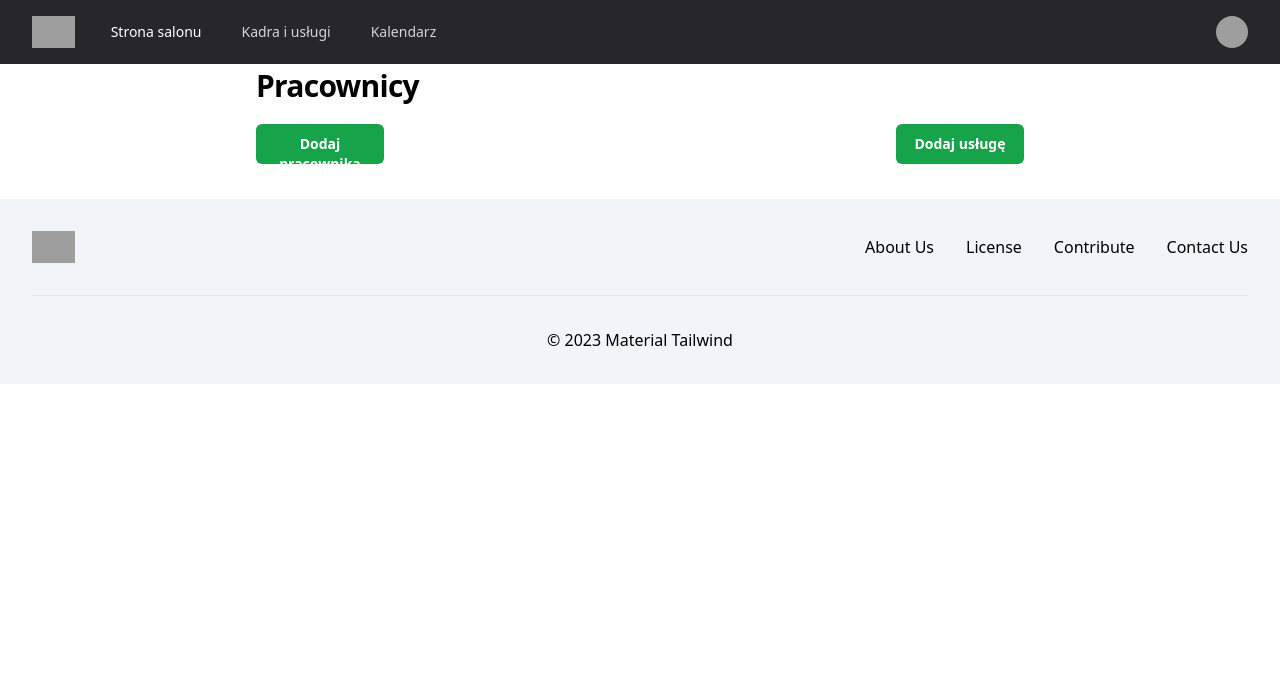
Repository: PrzemyslawJura/my-app
Page: /stronasalonu (app in frontend/)
An editor plug-in stored every save of this project. The page is shown before and after the next save, followed by the edit.
The browser window is 1280 px wide. The pictures show the whole page.
Pictures or frames that could not be fetched are drawn as grey boxes. The page's requests for data from a server got no answer. The project was rebuilt for these pictures with package versions that can differ from the ones it lists, and the page was loaded fresh each time. No one was signed in, and anything a server would have sent is missing. Also part of the build but not shown: frontend/src/components/Location.jsx, frontend/src/home/Feature.jsx, frontend/src/shared_np_buttony_inputy_kalendarze_itp/PaginationTile.jsx, frontend/src/home/Pagination.jsx, frontend/src/home/Listbox.jsx, frontend/src/home/ListboxTime.jsx, frontend/src/home/StepOne.jsx, frontend/src/home/StepTwo.jsx and 22 more.

Above is the page before, as saved 2023-11-27 13:18:02.

### frontend/src/index.js
import React from 'react';
import ReactDOM from 'react-dom/client';
import './index.css';
import App from './core/App';
import reportWebVitals from './reportWebVitals';
import { BrowserRouter } from 'react-router-dom';

const root = ReactDOM.createRoot(document.getElementById('root'));
root.render(
  <React.StrictMode>
    <BrowserRouter>
      <App />
    </BrowserRouter>
  </React.StrictMode>
);

// If you want to start measuring performance in your app, pass a function
// to log results (for example: reportWebVitals(console.log))
// or send to an analytics endpoint. Learn more: https://bit.ly/CRA-vitals
reportWebVitals();

### frontend/src/index.css
@tailwind base;
html {
  scroll-behavior: smooth;
}

@tailwind components;
@tailwind utilities;

### frontend/src/core/App.jsx
import BrowserRoutes from "./BrowserRoutes"
import FooterWithLogo from "./Footer"

export default function App() {

  return (
    <>
      <BrowserRoutes/>
      <FooterWithLogo/>
    </>
  )
}

### frontend/src/core/BrowserRoutes.jsx
import Home from "../home/Home"
import CalendarOfWork from "../biznes/CalendarOfWork"
import SalonPage from "../biznes/SalonPage"
import Workers from "../biznes/Workers"
import PageNotFound from "../pages/PageNotFound"
import { Route, Routes } from "react-router-dom"

export default function BrowserRoutes() {
  return (
      <Routes>
        <Route path="/" element={<Home/>}/>
        <Route path="/stronasalonu" element={<SalonPage/>}/>
        <Route path="/pracownicy" element={<Workers/>}/>
        <Route path="/kalendarz" element={<CalendarOfWork/>}/>
        <Route path="/niematakiejstrony" element={<PageNotFound/>}/>
      </Routes>
  )
}

### frontend/src/core/Footer.jsx
import { Typography } from "@material-tailwind/react";

export default function FooterWithLogo() {
  return (
    <footer id="footer" className="w-full p-8 bg-slate-100">
      <div className="flex flex-row flex-wrap items-center justify-center gap-y-6 gap-x-12 text-center md:justify-between">
      <img
        className="h-8 w-auto"
        src="https://tailwindui.com/img/logos/mark.svg?color=green&shade=600"
        alt=""
      />
        <ul className="flex flex-wrap items-center gap-y-2 gap-x-8">
          <li>
            <Typography
              as="a"
              href="#"
              color="blue-gray"
              className="font-normal transition-colors hover:text-blue-500 focus:text-blue-500"
            >
              About Us
            </Typography>
          </li>
          <li>
            <Typography
              as="a"
              href="#"
              color="blue-gray"
              className="font-normal transition-colors hover:text-blue-500 focus:text-blue-500"
            >
              License
            </Typography>
          </li>
          <li>
            <Typography
              as="a"
              href="#"
              color="blue-gray"
              className="font-normal transition-colors hover:text-blue-500 focus:text-blue-500"
            >
              Contribute
            </Typography>
          </li>
          <li>
            <Typography
              as="a"
              href="#"
              color="blue-gray"
              className="font-normal transition-colors hover:text-blue-500 focus:text-blue-500"
            >
              Contact Us
            </Typography>
          </li>
        </ul>
      </div>
      <hr className="my-8 border-blue-gray-50" />
      <Typography color="blue-gray" className="text-center font-normal">
        &copy; 2023 Material Tailwind
      </Typography>
    </footer>
  );
}

### frontend/src/biznes/SalonPage.jsx
import Salon from "./Salon"
import NavbarBiznes from "../core/NavbarBiznes"

export default function SalonPage() {
  return (
    <>
      <NavbarBiznes/>
      <Salon/>
    </>
  )
}

### frontend/src/biznes/Workers.jsx
import React, { useState } from 'react'
import AddWorker from "./AddWorker"
import AddService from './AddService'
import MainButton from "../shared_np_buttony_inputy_kalendarze_itp/MainButton"
import Dropdown from "../shared_np_buttony_inputy_kalendarze_itp/Dropdown"
import Hairdresser from "../components/Hairdresser"
import { useEffect } from 'react';
import Service from '../components/Service'
import NavbarBiznes from "../core/NavbarBiznes"

const sortOptions = [
  { name: 'Zmień dane', href: '#', current: true },
  { name: 'Usuń pracownika', href: '#', current: true },
  { name: 'Dodaj nieobecność', href: '#', current: true }
]



export default function Workers() {
  const [isShown, setIsShown] = useState(0);
  const [workers, setWorkers] = useState([]);

  useEffect(() => {
    fetch('https://localhost:7230/Salons/WorkersWithSalonId/1')
      .then((res) => res.json())
      .then((result) => {
        setWorkers(result);
        console.log(result)
      });
  }, [])

  return (
    <>
      <NavbarBiznes/>
        <div className="w-3/5 m-auto my-1 ">
          <h1 className="text-3xl font-bold tracking-tight sm:text-3xl">Pracownicy</h1>
            <ul role="list" className="divide-y divide-gray-100">
              {workers.map((person) => (
                <>
                <li key={person.id} className="flex justify-between gap-x-6 py-5 bg-slate-100 rounded-lg p-3">
                  <Hairdresser person={person}/>
                  <Dropdown title="Edytuj" options={sortOptions}/>
                </li>
                <Service workerId={person.id}/>
                </>
              ))}
            </ul>
            <div className="flex justify-between gap-x-6 py-5">
              <span onClick={() => setIsShown(1)}>
                <MainButton text="Dodaj pracownika"/>
              </span>

              <span onClick={() => setIsShown(2)}>
                <MainButton text="Dodaj usługę"/>
              </span>
            </div>

            {isShown == 1 && <AddWorker setIsShown={setIsShown} />}
            {isShown == 2 && <AddService setIsShown={setIsShown} workers={workers}/>}
        </div>
    </>
  )
}

### frontend/src/shared_np_buttony_inputy_kalendarze_itp/MainButton.jsx
export default function MainButton({text}) {
    return (
        <button
        type="submit"
        className="w-20 sm:w-32 flex-none rounded-md bg-green-600 px-3.5 py-2.5 text-sm font-semibold max-h-10 my-auto
                   text-white shadow-sm hover:bg-green-400 focus-visible:outline focus-visible:outline-2
                   focus-visible:outline-offset-2 focus-visible:outline-indigo-500"
        >
        {text}
        </button>
    )}

### frontend/src/core/NavbarBiznes.jsx
import { Fragment } from 'react'
import { Disclosure, Menu, Transition } from '@headlessui/react'
import { Bars3Icon, XMarkIcon } from '@heroicons/react/24/outline'
import { clearToken } from '../home/Auth'
import { useNavigate } from 'react-router-dom'


const navigation = [
  { name: 'Strona salonu', href: '/stronasalonu', current: true },
  { name: 'Kadra i usługi', href: '/pracownicy', current: false },
  { name: 'Kalendarz', href: '/kalendarz', current: false },
]

function classNames(...classes) {
  return classes.filter(Boolean).join(' ')
}

export default function NavbarBiznes({}) {
  const navigate = useNavigate();

  const logout = () => {
    clearToken()

    navigate("/");
  }

  return (
    <Disclosure as="nav" className="bg-zinc-800">
      {({ open }) => (
        <>
          <div className="mx-auto max-w-7xl px-2 sm:px-6 lg:px-8">
            <div className="relative flex h-16 items-center justify-between">
              <div className="absolute inset-y-0 left-0 flex items-center sm:hidden">
                {/* Mobile menu button*/}
                <Disclosure.Button className="relative inline-flex items-center justify-center rounded-md p-2 text-gray-400 hover:bg-gray-700 hover:text-white focus:outline-none focus:ring-2 focus:ring-inset focus:ring-white">
                  <span className="absolute -inset-0.5" />
                  <span className="sr-only">Open main menu</span>
                  {open ? (
                    <XMarkIcon className="block h-6 w-6" aria-hidden="true" />
                  ) : (
                    <Bars3Icon className="block h-6 w-6" aria-hidden="true" />
                  )}
                </Disclosure.Button>
              </div>
              <div className="flex flex-1 items-center justify-center sm:items-stretch sm:justify-start">
                <div className="flex flex-shrink-0 items-center">
                  <img
                    className="h-8 w-auto"
                    src="https://tailwindui.com/img/logos/mark.svg?color=green&shade=500"
                    alt="Your Company"
                  />
                </div>
                <div className="hidden sm:ml-6 sm:block">
                  <div className="flex space-x-4">
                    {navigation.map((item) => (
                      <a
                        key={item.name}
                        href={item.href}
                        className={classNames(
                          item.current ? 'bg-zinc-800 text-white' : 'text-gray-300 hover:bg-zinc-600 hover:text-white',
                          'rounded-md px-3 py-2 text-sm font-medium'
                        )}
                        aria-current={item.current ? 'page' : undefined}
                      >
                        {item.name}
                      </a>
                    ))}
                  </div>
                </div>
              </div>
              <div className="absolute inset-y-0 right-0 flex items-center pr-2 sm:static sm:inset-auto sm:ml-6 sm:pr-0">
                {/* Profile dropdown */}
                <Menu as="div" className="relative ml-3">
                  <div>
                    <Menu.Button className="relative flex rounded-full bg-gray-800 text-sm focus:outline-none focus:ring-2 focus:ring-white focus:ring-offset-2 focus:ring-offset-gray-800">
                      <span className="absolute -inset-1.5" />
                      <span className="sr-only">Open user menu</span>
                      <img
                        className="h-8 w-8 rounded-full"
                        src="https://images.unsplash.com/photo-1592647420148-bfcc177e2117?ixlib=rb-4.0.3&ixid=M3wxMjA3fDB8MHxwaG90by1wYWdlfHx8fGVufDB8fHx8fA%3D%3D&auto=format&fit=crop&w=2039&q=80"
                        alt=""
                      />
                    </Menu.Button>
                  </div>
                  <Transition
                    as={Fragment}
                    enter="transition ease-out duration-100"
                    enterFrom="transform opacity-0 scale-95"
                    enterTo="transform opacity-100 scale-100"
                    leave="transition ease-in duration-75"
                    leaveFrom="transform opacity-100 scale-100"
                    leaveTo="transform opacity-0 scale-95"
                  >
                    <Menu.Items className="absolute right-0 z-10 mt-2 w-48 origin-top-right rounded-md bg-white py-1 shadow-lg ring-1 ring-black ring-opacity-5 focus:outline-none">
                      <Menu.Item>
                        {({ active }) => (
                          <a
                            href="#"
                            className={classNames(active ? 'bg-gray-100' : '', 'block px-4 py-2 text-sm text-gray-700')}
                          >
                            Twój profil
                          </a>
                        )}
                      </Menu.Item>
                      <Menu.Item>
                        {({ active }) => (
                          <a
                            href="#"
                            className={classNames(active ? 'bg-gray-100' : '', 'block px-4 py-2 text-sm text-gray-700')}
                          >
                            Ustawienia
                          </a>
                        )}
                      </Menu.Item>
                      <Menu.Item>
                        {({ active }) => (
                          <a
                          onClick={() => logout()}
                            href="#"
                            className={classNames(active ? 'bg-gray-100' : '', 'block px-4 py-2 text-sm text-gray-700')}
                          >
                            Wyloguj
                          </a>
                        )}
                      </Menu.Item>
                    </Menu.Items>
                  </Transition>
                </Menu>
              </div>
            </div>
          </div>

          <Disclosure.Panel className="sm:hidden">
            <div className="space-y-1 px-2 pb-3 pt-2">
              {navigation.map((item) => (
                <Disclosure.Button
                  key={item.name}
                  as="a"
                  href={item.href}
                  className={classNames(
                    item.current ? 'bg-gray-900 text-white' : 'text-gray-300 hover:bg-gray-700 hover:text-white',
                    'block rounded-md px-3 py-2 text-base font-medium'
                  )}
                  aria-current={item.current ? 'page' : undefined}
                >
                  {item.name}
                </Disclosure.Button>
              ))}
            </div>
          </Disclosure.Panel>
        </>
      )}
    </Disclosure>
  )
}

### frontend/src/biznes/Salon.jsx
import { CarouselDefault } from '../components/CarouselDefault'
import { useEffect, useState } from 'react';
import Hairdresser from '../components/Hairdresser';
import OneService from '../components/OneService';
import MainButton from '../shared_np_buttony_inputy_kalendarze_itp/MainButton';
import { getToken } from '../home/Auth';
import { useNavigate } from 'react-router-dom';


function classNames(...classes) {
  return classes.filter(Boolean).join(' ')
}

export default function Salon() {
  const navigate = useNavigate();
  const [salons, setSalons] = useState({address: {
    city: ""
  },
  photos: [],
  workers: []});

  useEffect(() => {
    try
    {
      console.log(getToken());
      if(getToken() == "Not authorized")
      {
        navigate("/pracownicy")
      }

      fetch('https://localhost:7230/Salons/GetSalonById/1', {
        headers: {'Authorization': `Bearer ${getToken()}` }})
        .then((res) => res.json())
        .then((result) => {
          setSalons(result);
          console.log(result);
        });
    }
    catch(error)
    {
      console.error(error)
    }

  }, [])


  return (
    <div className="bg-white">
      <div className="pt-6">
        <nav aria-label="Breadcrumb">
          <ol role="list" className="mx-auto flex max-w-2xl items-center space-x-2 px-4 sm:px-6 lg:max-w-7xl lg:px-8">
            <li className="text-sm">
              <a aria-current="page" className=" pl-10 font-medium text-gray-500 hover:text-gray-600">
                Salon / {salons.name}
              </a>
            </li>
          </ol>
        </nav>

        {/* Image gallery */}
        <div className="mx-auto mt-6 max-w-2xl sm:px-6  lg:max-w-7xl  lg:px-8 rounded-xl h-96 overflow-x-hidden">
              <CarouselDefault photos={salons.photos}/>
        </div>

        {/* Product info */}
        <div className="mx-auto px-10 pb-16 pt-10 sm:px-10 max-w-6xl ">
          <div className="lg:col-span-2 lg:pr-8">
            <h1 className="text-2xl font-bold tracking-tight text-gray-900 sm:text-3xl">{salons.name}</h1>
            <h3 className="text-xl font-semibold tracking-tight text-gray-600">{salons.address.city.cityName}, ul. {salons.address.street}, {salons.address.zipCode}</h3>
          </div>

          {/* Options */}
{/*} lg:grid lg:max-w-7xl lg:grid-cols-3 lg:grid-rows-[auto,auto,1fr] lg:gap-x-8 lg:px-8 lg:pb-24 lg:pt-16 max-w-2xl
          <div className="mt-4 lg:row-span-3 lg:mt-0">{*/}
            {/* Reviews */}{/*}
            <div className="mt-6">
              <h3 className="sr-only">Reviews</h3>
              <div className="flex items-center">
                <div className="flex items-center">
                  {[0, 1, 2, 3, 4].map((rating) => (
                    <StarIcon
                      key={rating}
                      className={classNames(
                        reviews.average > rating ? 'text-gray-900' : 'text-gray-200',
                        'h-5 w-5 flex-shrink-0'
                      )}
                      aria-hidden="true"
                    />
                  ))}
                </div>
                <p className="sr-only">{reviews.average} out of 5 stars</p>
                <a href={reviews.href} className="ml-3 text-sm font-medium text-indigo-600 hover:text-indigo-500">
                  {reviews.totalCount} reviews
                </a>
              </div>
            </div>

            <form className="mt-10">
              <button
                type="submit"
                className="mt-10 flex w-full items-center justify-center rounded-md border border-transparent bg-indigo-600 px-8 py-3 text-base font-medium text-white hover:bg-indigo-700 focus:outline-none focus:ring-2 focus:ring-indigo-500 focus:ring-offset-2"
              >
                Dodaj ocene
              </button>
            </form>

          </div>
        {*/}
          <div className="py-10 lg:col-span-2 lg:col-start-1 lg:pb-16 lg:pr-8 lg:pt-6">
            {/* Description and details */}

              <div className="space-y-6">
                <p className="text-base text-gray-900">{salons.description}</p>
              </div>

          </div>
        </div>

        <div className='w-4/5 m-auto max-w-5xl'>
          {salons.workers.map((person) => (
                <>
                <li key={person.id} className="flex justify-between gap-x-6 py-5 bg-slate-100 rounded-lg p-3">
                  <Hairdresser person={person}/>
                </li>
                {person.service.map((oneService) => (
                  <>
                    <div className='flex w-4/5 m-auto'>
                      <OneService service={oneService}/>
                      <MainButton text={"Umów"}/>
                    </div>
                  </>
                ))}

                </>
              ))}
        </div>

      </div>
    </div>
  )
}

### frontend/src/home/Auth.js
export const setToken = (token) => {
    sessionStorage.setItem("token", JSON.stringify(token));
}

export const getToken = () => {
  const tokenString = sessionStorage.getItem("token");

  if(tokenString == "")
  {
    const userToken = JSON.parse(tokenString);
    return userToken?.accessToken;
  }

  return "Not authorized"
}


export const clearToken = () => {
    sessionStorage.setItem("token", "");
}

### frontend/src/components/CarouselDefault.jsx
import { Carousel, IconButton } from "@material-tailwind/react";

export function CarouselDefault({photos}) {
  return (
    <Carousel
      className="rounded-xl"
      prevArrow={({ handlePrev }) => (
        <IconButton
          variant="text"
          color="white"
          size="lg"
          onClick={handlePrev}
          className="!absolute top-2/4 left-4 -translate-y-2/4"
        >
          <svg
            xmlns="http://www.w3.org/2000/svg"
            fill="none"
            viewBox="0 0 24 24"
            strokeWidth={2}
            stroke="currentColor"
            className="h-6 w-6"
          >
            <path
              strokeLinecap="round"
              strokeLinejoin="round"
              d="M10.5 19.5L3 12m0 0l7.5-7.5M3 12h18"
            />
          </svg>
        </IconButton>
      )}
      nextArrow={({ handleNext }) => (
        <IconButton
          variant="text"
          color="white"
          size="lg"
          onClick={handleNext}
          className="!absolute top-2/4 !right-4 -translate-y-2/4"
        >
          <svg
            xmlns="http://www.w3.org/2000/svg"
            fill="none"
            viewBox="0 0 24 24"
            strokeWidth={2}
            stroke="currentColor"
            className="h-6 w-6"
          >
            <path
              strokeLinecap="round"
              strokeLinejoin="round"
              d="M13.5 4.5L21 12m0 0l-7.5 7.5M21 12H3"
            />
          </svg>
        </IconButton>
      )}
    >
      {photos.map((photo) => (
        <img
        src={process.env.PUBLIC_URL + "/Photos/" + photo.salonId + "/" + "photo0.jpg"}
        alt="image"
        className="h-full w-full object-cover"
        />
      ))}
    </Carousel>
  );
}

### frontend/tailwind.config.js
/** @type {import('tailwindcss').Config} */
module.exports = {
  content: [
    "./src/**/*.{js,jsx,ts,tsx}",
  ],
  theme: {
    extend: {
      backgroundImage: {
        /*https://unsplash.com/photos/EW_rqoSdDes?utm_source=unsplash&utm_medium=referral&utm_content=creditShareLink*/
        /*author: Nathon Oski*/
        'main-image': "url('/src/assets/main-image.jpg')",
      },
      backgroundColor: {
        'bgGray': '#f8f9fa',
      }
    },
  },
  plugins: [],
}

### frontend/src/pages/PageNotFound.jsx
export default function PageNotFound() {
    return (
      <>
        <main className="grid min-h-full place-items-center bg-white px-6 py-24 sm:py-32 lg:px-8">
          <div className="text-center">
            <p className="text-base font-semibold text-indigo-600">404</p>
            <h1 className="mt-4 text-3xl font-bold tracking-tight text-gray-900 sm:text-5xl">Page not found</h1>
            <p className="mt-6 text-base leading-7 text-gray-600">Sorry, we couldn’t find the page you’re looking for.</p>
            <div className="mt-10 flex items-center justify-center gap-x-6">
              <a
                href="#"
                className="rounded-md bg-indigo-600 px-3.5 py-2.5 text-sm font-semibold text-white shadow-sm hover:bg-indigo-500 focus-visible:outline focus-visible:outline-2 focus-visible:outline-offset-2 focus-visible:outline-indigo-600"
              >
                Go back home
              </a>
            </div>
          </div>
        </main>
      </>
    )
  }

Loaded but not shown: frontend/public/index.html (common file); frontend/src/reportWebVitals.js (common file)

After the next save:
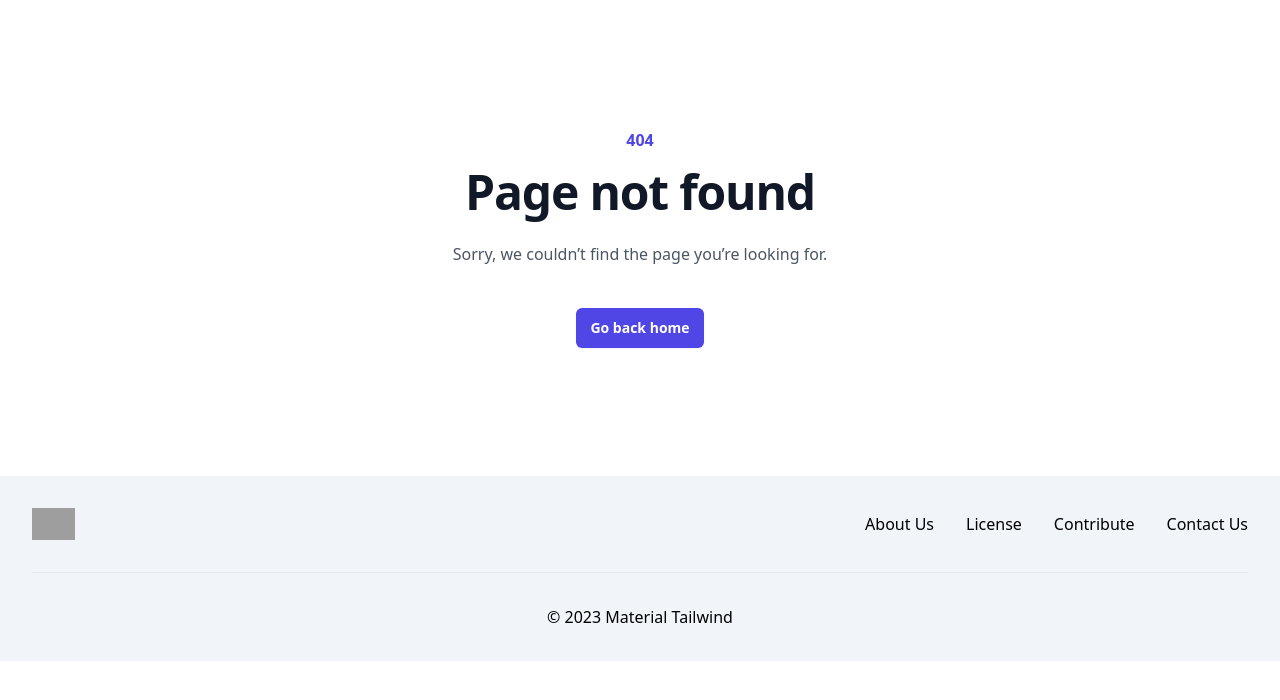
Saved 23 s later.
--- a/frontend/src/biznes/Salon.jsx
+++ b/frontend/src/biznes/Salon.jsx
@@ -25,7 +25,7 @@ export default function Salon() {
       console.log(getToken());
       if(getToken() == "Not authorized")
       {
-        navigate("/pracownicy")
+        navigate("/niematakiejstrony")
       }
 
       fetch('https://localhost:7230/Salons/GetSalonById/1', {
